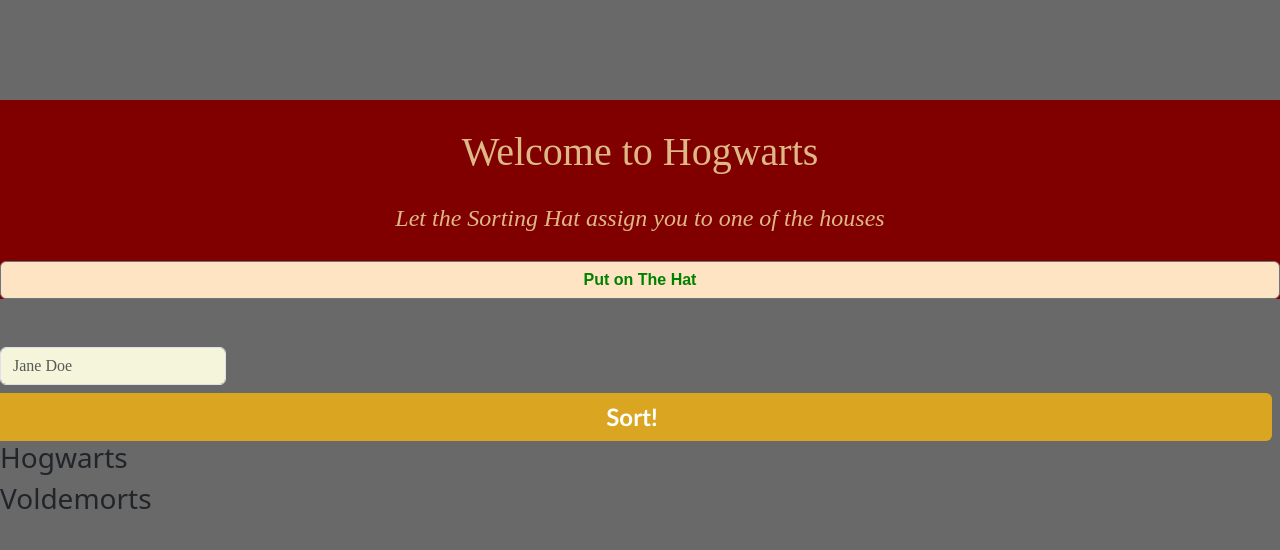
Repository: fernandabenavides618nash/INDIVIDUAL-PROJECT-sorting-hat
Page: index.html
These files come from the project's save history. The page is drawn as it stood at one moment and after the next save; the edit follows.
The browser window is 1280 px wide. The pictures show the whole page.
After loading, the first visible `#startButton` was clicked once.

Above is the page before, as saved 2023-05-04 15:37:34.

After the next save:
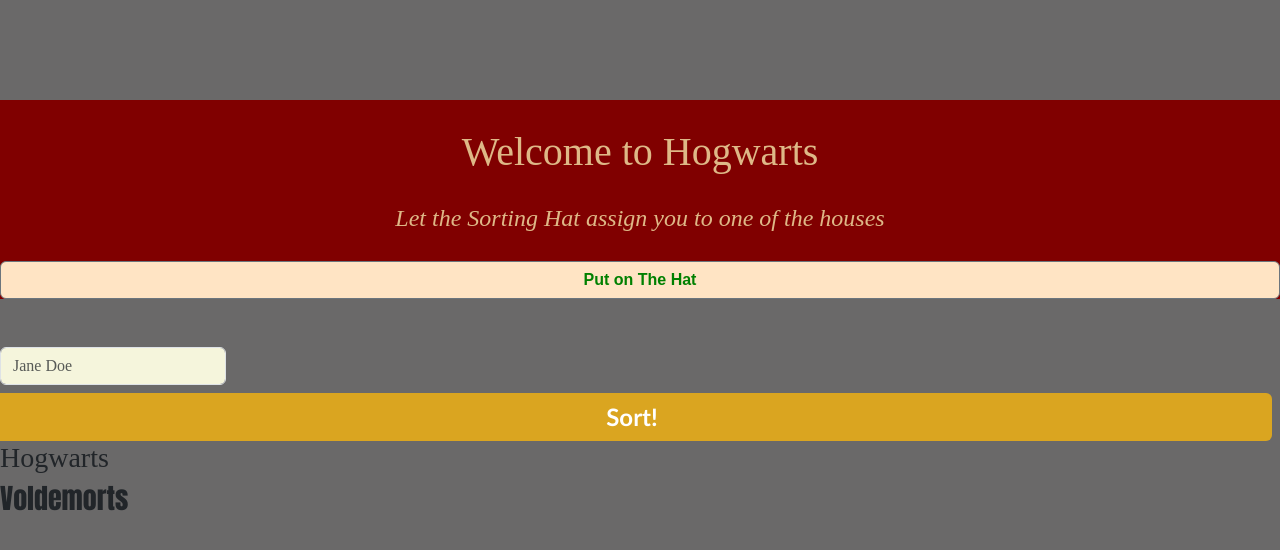
Saved 3 min 54 s later.
--- a/main.css
+++ b/main.css
@@ -50,5 +50,13 @@
   font-family:'Trebuchet MS', 'Lucida Sans Unicode', 'Lucida Grande', 'Lucida Sans', Arial, sans-serif;
   font-size: x-large;
   font-weight: bolder;
-  border: 10px maroon;
+  border:saddlebrown;
 }
+
+.students {
+  font-family: 'Times New Roman', Times, serif;
+}
+
+.expelled {
+  font-family: Impact, Haettenschweiler, 'Arial Narrow Bold', sans-serif;
+}
